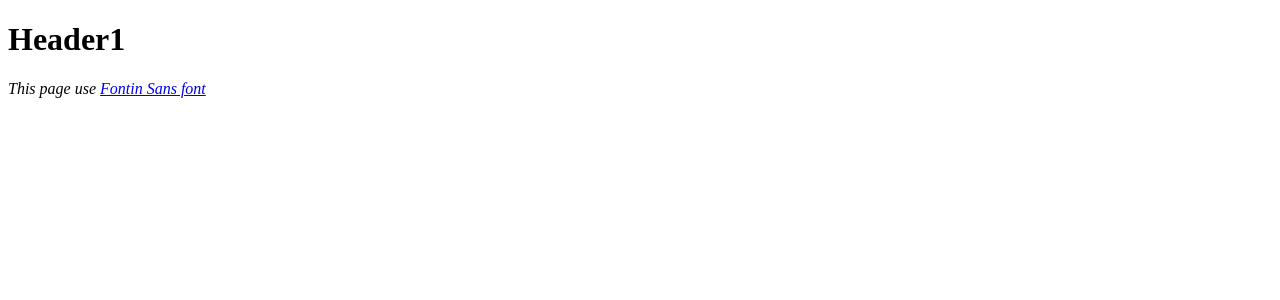
Repository: lixinso/html5
Page: workspace/CSS3/WebContent/text_styles/text-local-font.html
The author's editor kept a copy of each file at every save. The page is drawn from the files as they stood at one save, then again after the next save.
The browser window is 1280 px wide. The pictures show the whole page.

Above is the page before, as saved 2011-05-28 00:52:45.

### workspace/CSS3/WebContent/text_styles/text-local-font.html
<?xml version="1.0" encoding="UTF-8" ?>
<!DOCTYPE html PUBLIC "-//W3C//DTD XHTML 1.0 Transitional//EN" "http://www.w3.org/TR/xhtml1/DTD/xhtml1-transitional.dtd">
<html xmlns="http://www.w3.org/1999/xhtml">
<head>
<meta http-equiv="Content-Type" content="text/html; charset=UTF-8" />
<title>Insert title here</title>
<style type="text/css">

	@font-face{
		font-family: Arial;
		src: local('Arial');
	}

	@font-face{
		font-family: Arial;
		font-weight: bold;
		src: local('Arial Black');
	}

	div{
		font-family: Arial;
		font-size: 40px;
	}

	div#div1
	{
		font-weight: normal;
	}

	div#div2
	{
		font-weight: bold;
	}


</style>
</head>
<body>
	<h1>Header1</h1>
	<address>
		This page use <a href="http://www.exljbris.com/fontinsans.html">Fontin Sans font</a>
	</address>

</body>
</html>

After the next save:
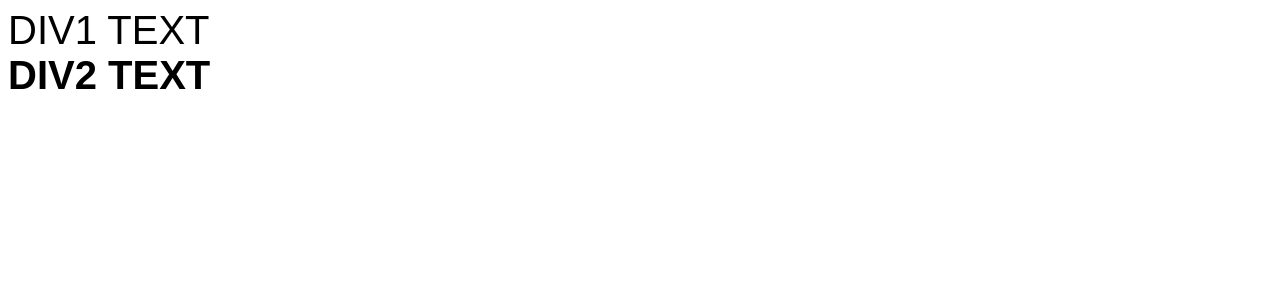
Saved 36 s later.
--- a/workspace/CSS3/WebContent/text_styles/text-local-font.html
+++ b/workspace/CSS3/WebContent/text_styles/text-local-font.html
@@ -36,10 +36,8 @@
 </style>
 </head>
 <body>
-	<h1>Header1</h1>
-	<address>
-		This page use <a href="http://www.exljbris.com/fontinsans.html">Fontin Sans font</a>
-	</address>
+	<div id="div1">DIV1 TEXT</div>
+	<div id="div2">DIV2 TEXT</div>
 
 </body>
 </html>
